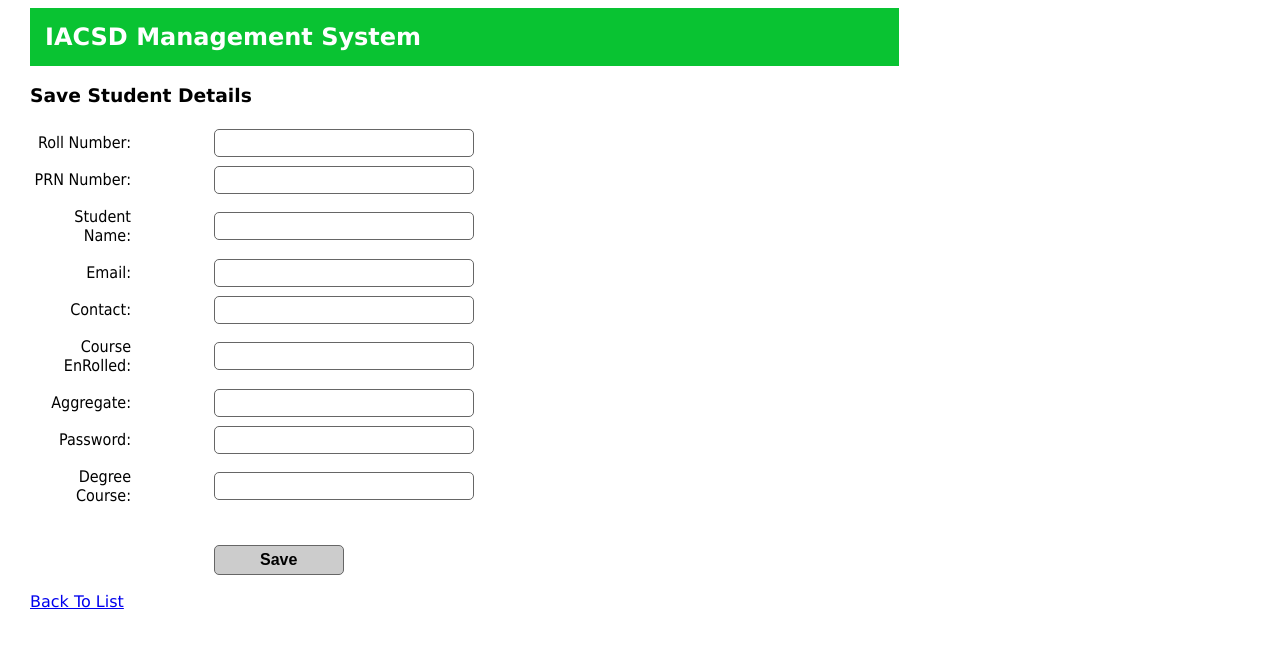
Repository: vsc8791/IMS
Page: http://localhost/web-customer-tracker/WEB-INF/view/student-register-form.jsp
These files come from the project's save history. The page is drawn as it stood at one moment and after the next save; the edit follows.
The browser window is 1280 px wide. The pictures show the whole page.
The page is served by Tomcat 9. Nobody is signed in. The template is opened directly, without the code that normally fills it, so the values that code supplies are empty.

Above is the page before, as saved 2018-07-26 10:24:40.

After the next save:
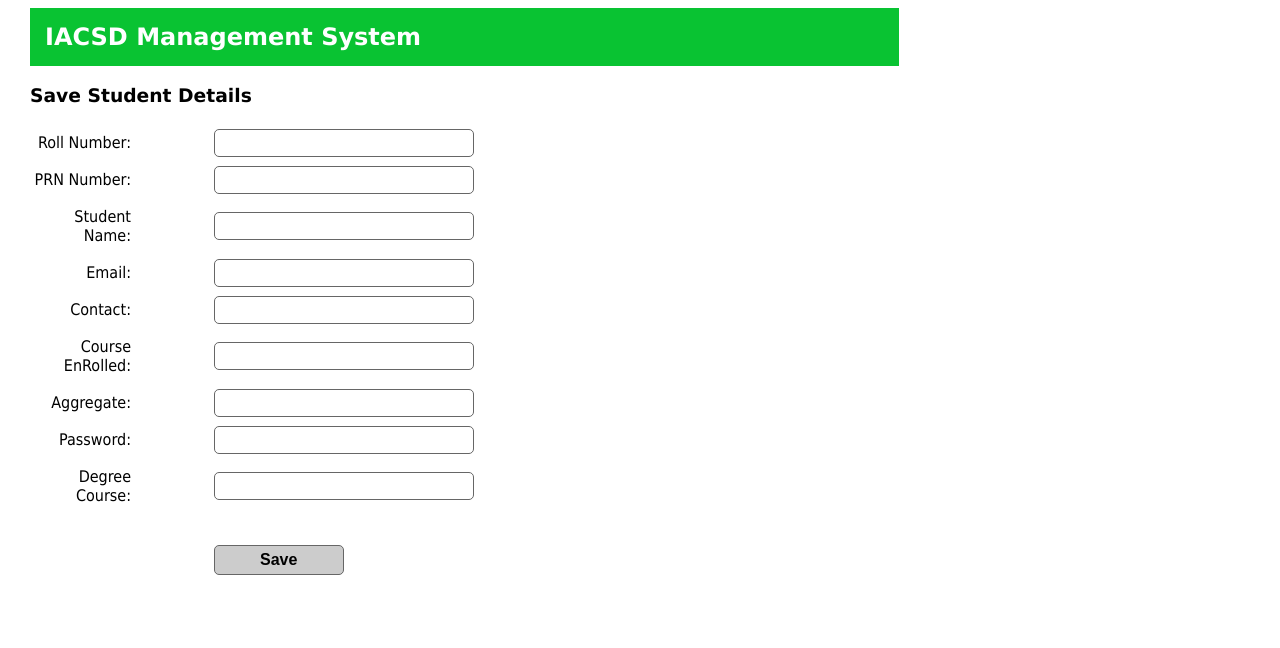
Saved 60 s later.
--- a/web-customer-tracker/WebContent/WEB-INF/view/student-register-form.jsp
+++ b/web-customer-tracker/WebContent/WEB-INF/view/student-register-form.jsp
@@ -19,7 +19,7 @@
 	</div>
 	<div>
 		<h3>Save Student Details</h3>
-		<form:form action="saveStudent" modelAttribute="student"
+		<form:form action="saveStudentRegistration" modelAttribute="student"
 			method="POST">
 			<!-- need to associate this data with Student Id -->
 			<form:hidden path="id"/>
@@ -69,10 +69,8 @@
 				</tbody>
 			</table>
 		</form:form>
-		<div style="clear;both;"></div>
-		<p><a href="${pageContext.request.contextPath}/student/list">Back To List</a></p>
-	</div>
 
+</div>
 </body>
 
 
